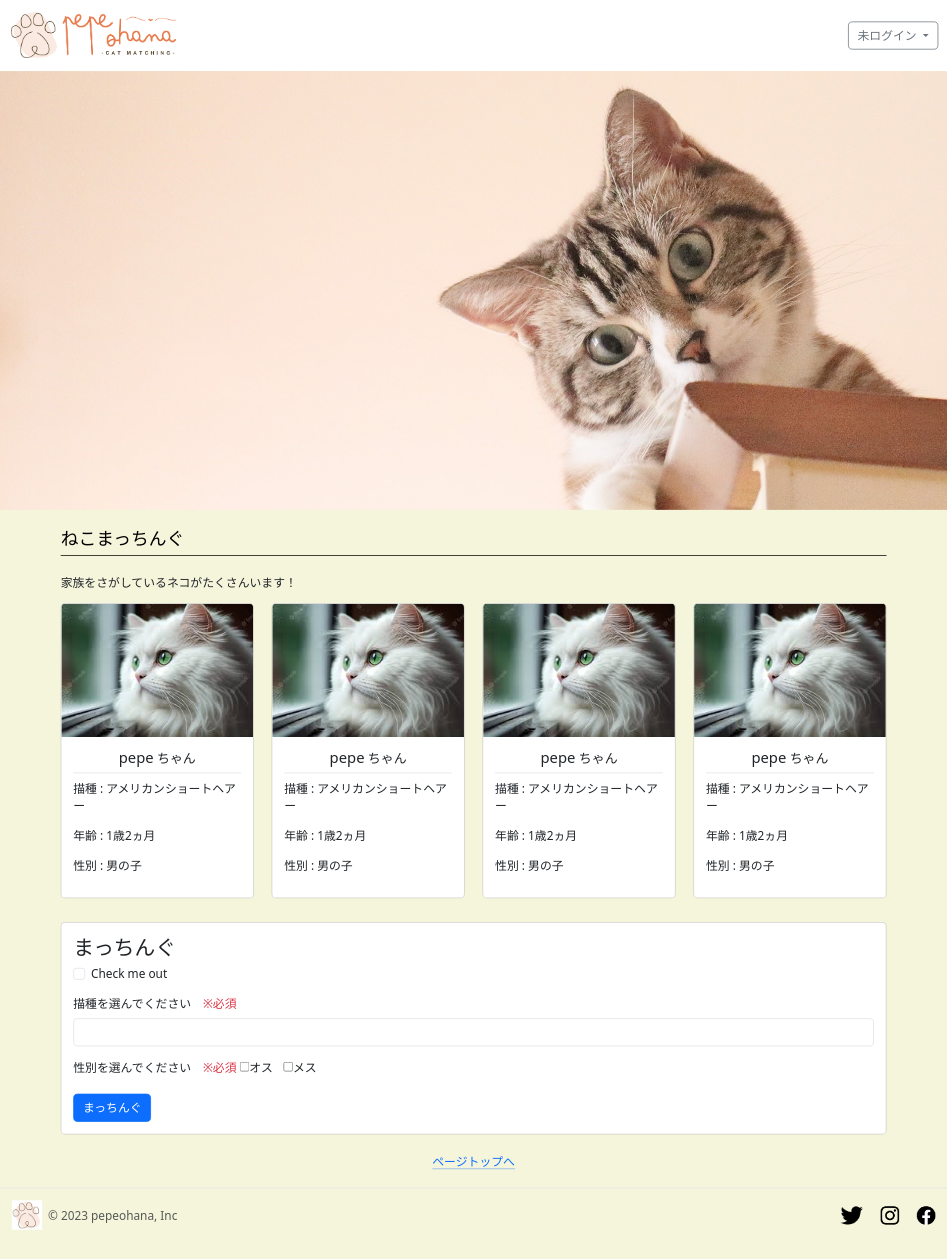
Repository: sakuwell/pepe
Page: http://localhost/PepeOhana/
The author's editor kept a copy of each file at every save. The page is drawn from the files as they stood at one save, then again after the next save.
The browser window is 1280 px wide. The pictures show the whole page, at 74% of full size.
The page is served by Tomcat 9.

Above is the page before, as saved 2023-09-06 05:55:42.

After the next save:
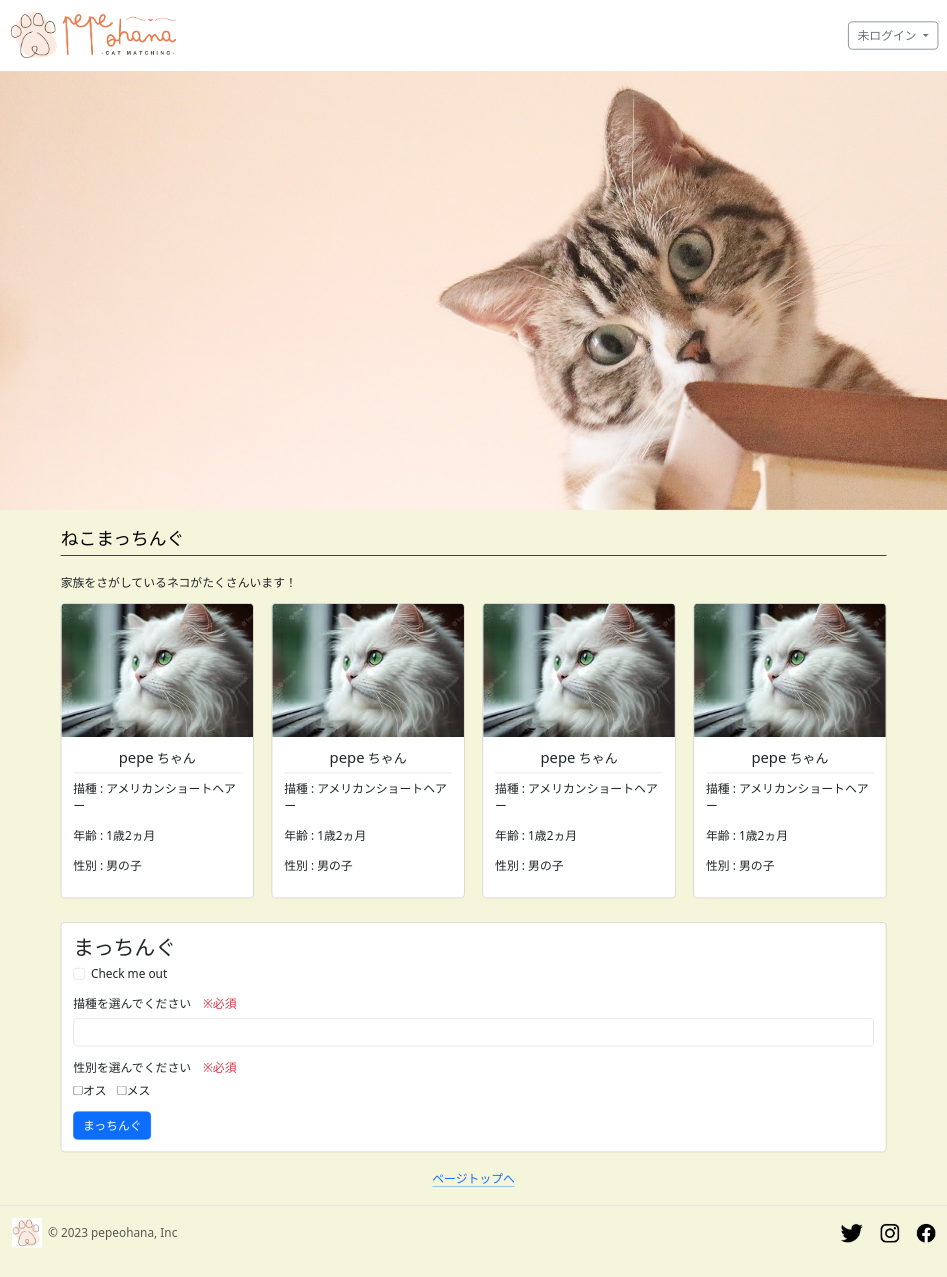
Saved 23 s later.
--- a/ExWorkSpace/PepeOhana/src/main/webapp/index.jsp
+++ b/ExWorkSpace/PepeOhana/src/main/webapp/index.jsp
@@ -155,7 +155,7 @@
 	 				<input type="" class="form-control" id="exampleInputEmail1" aria-describedby="emailHelp">
 				</div>
 				<div class="mb-3">
-					<label for="exampleInputEmail1" class="form-label">性別を選んでください<span class="text-danger">　※必須</span></label>
+					<label for="exampleInputEmail1" class="form-label">性別を選んでください<span class="text-danger">　※必須</span></label><br>
 				    <input type="checkbox" name="GENDER" id="GENDER" value="1">オス
 				    <input type="checkbox" name="GENDER" id="GENDER" value="2" style="margin-left: 10px;">メス
 				</div>
